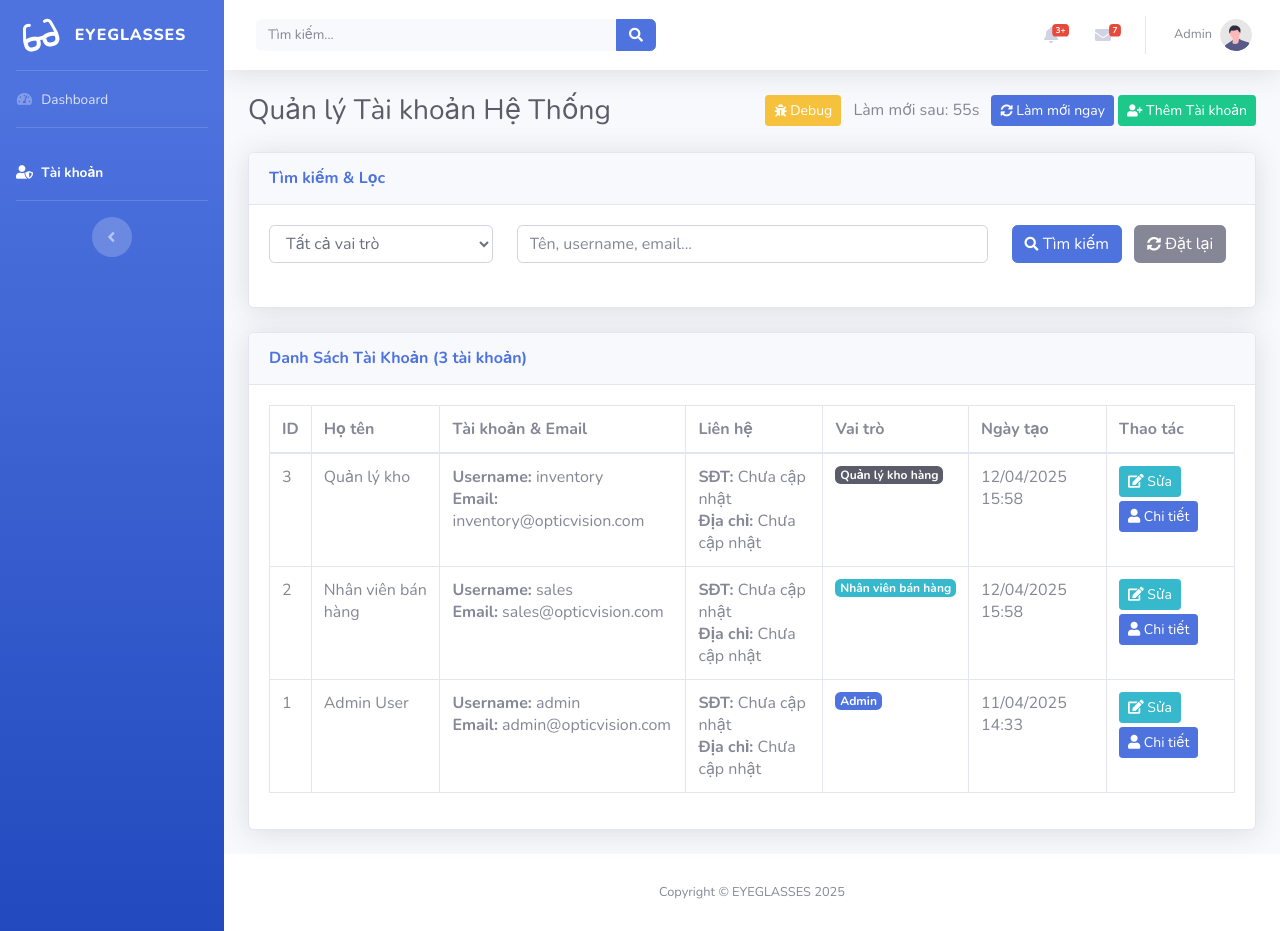
Repository: Giau-svg/glasses-store
Page: http://localhost/admin/accounts/index.php
The author's editor kept a copy of each file at every save. The page is drawn from the files as they stood at one save, then again after the next save.
The browser window is 1280 px wide. The pictures show the whole page.
The page is run by PHP 8.4 with error messages shown; the project is at /var/www/html/. The session is filled in as if someone had signed in: {"staff_user_id": 1, "staff_name": "admin", "staff_role": 1, "customer_id": 1, "customer_name": "admin", "admin_user_id": 1, "admin_name": "admin", "admin_full_name": "admin", "admin_role": "admin", "admin_level": 1}. The database holds what the project's SQL file puts in it.

Above is the page before, as saved 2025-05-08 15:50:56.

After the next save:
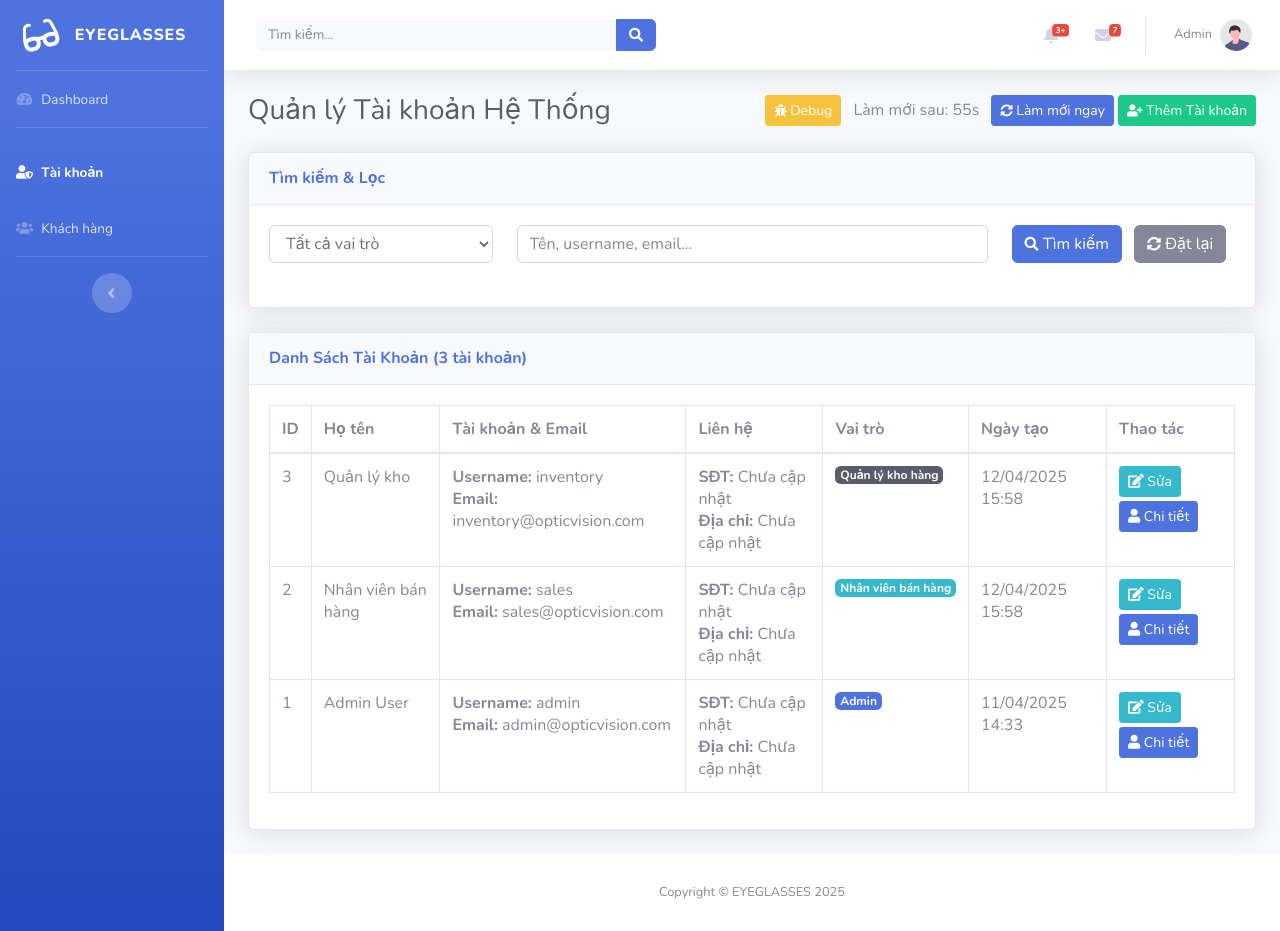
Saved 90 s later.
--- a/admin/partials/sidebar.php
+++ b/admin/partials/sidebar.php
@@ -46,6 +46,14 @@
         </a>
     </li>
 
+    <!-- Nav Item - Customers -->
+    <li class="nav-item">
+        <a class="nav-link" href="../customers.php">
+            <i class="fas fa-fw fa-users"></i>
+            <span>Khách hàng</span>
+        </a>
+    </li>
+
     <!-- Divider -->
     <hr class="sidebar-divider d-none d-md-block">
 
